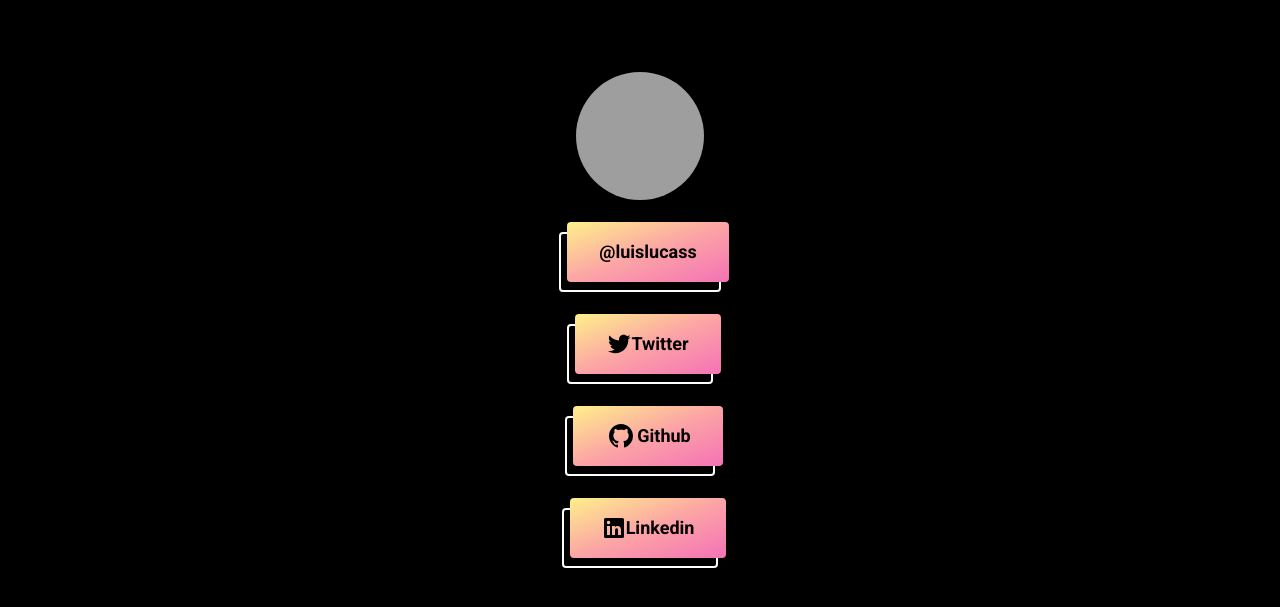
Repository: LuisSempre/link-to
Page: index.html
An editor plug-in stored every save of this project. The page is shown before and after the next save, followed by the edit.
The browser window is 1280 px wide. The pictures show the whole page.
Pictures or frames that could not be fetched are drawn as grey boxes. Some web libraries are served in a nearby version.

Above is the page before, as saved 2022-07-05 22:44:10.

After the next save:
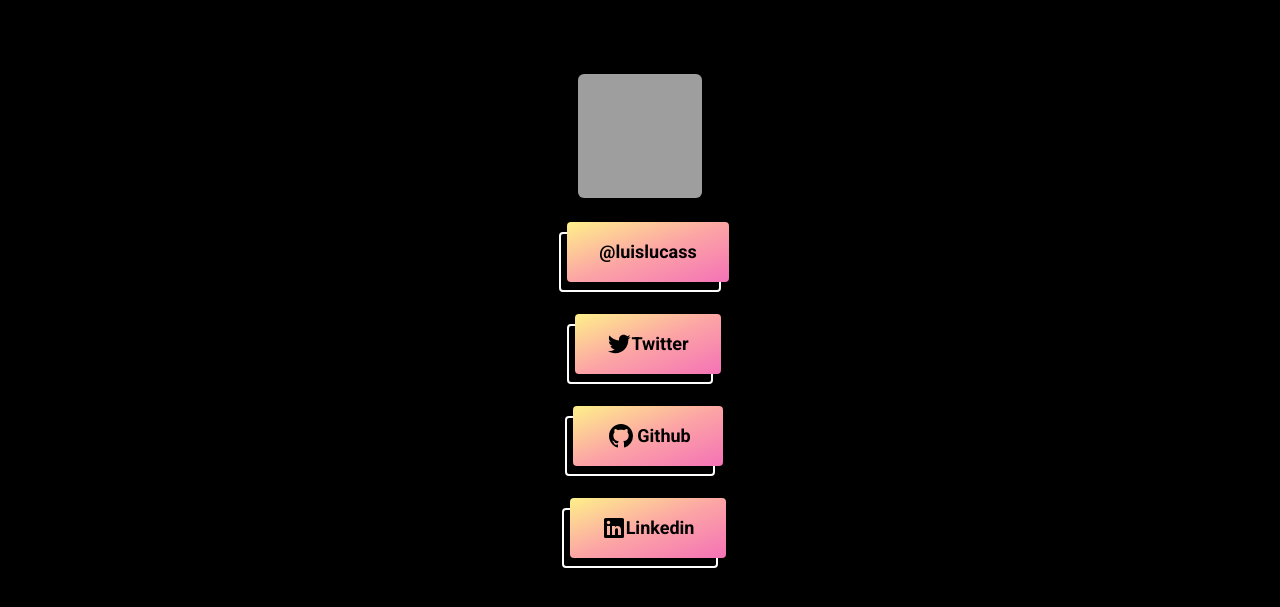
Saved 9 s later.
--- a/index.html
+++ b/index.html
@@ -19,7 +19,7 @@
                     <div class="-mt-20 flex h-full w-full flex-col items-center
                         justify-center space-y-8">
                         <img
-                            class="w-32 h-32 rounded-full class="relative rounded-lg p-0.5 overflow-hidden bg-transparent shadow-sm hover:border-gray-400 focus-within:ring-2 focus-within:ring-offset-2 focus-within:ring-indigo-500"
+                            class="w-32 h-32 rounded-full relative rounded-lg p-0.5 overflow-hidden bg-transparent shadow-sm hover:border-gray-400 focus-within:ring-2 focus-within:ring-offset-2 focus-within:ring-indigo-500"
                             src="https://media-exp1.licdn.com/dms/image/C4E03AQFxPhk96MlXfQ/profile-displayphoto-shrink_800_800/0/1657066015387?e=1662595200&v=beta&t=8l3NPv3_wh4v4q8p_mHKIiNLJlaeUFYIeHHBMLw4AEI"
                             alt="">
                         <a href="https://www.instagram.com/luislucass/"
